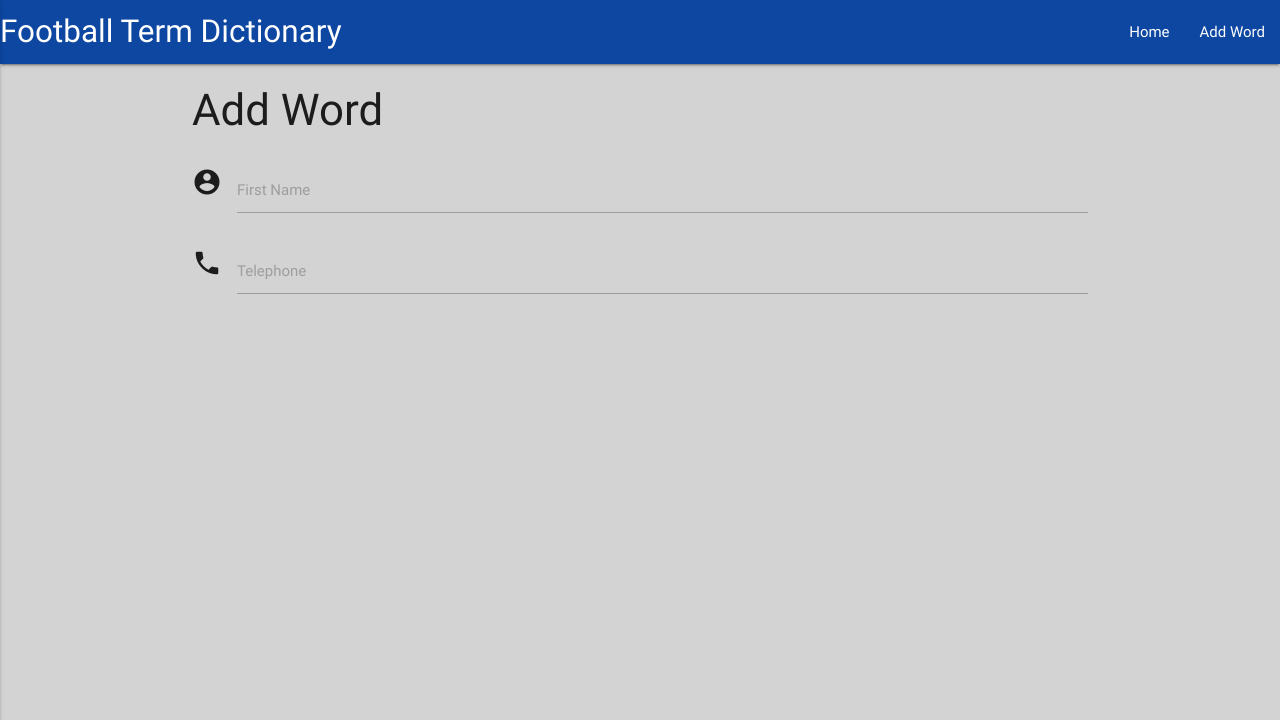
Repository: BLMcDonald/Milestone3
Page: http://localhost/add_word
The author's editor kept a record of every edit. The page is drawn from the files as they stood at one moment, then again after the next edit.
The browser window is 1280 px wide. The pictures show the whole page.
Some web libraries are served in a nearby version. The page is served by the project's application, run on Flask 3 (app.py).

Above is the page before.

### templates/addword.html
{% extends 'base.html'%}
{% block content %}

<h3>Add Word</h3>

<div class="row">
    <form action="" method="POST" class="col s12">
        <div class="row">
            <div class="input-field col s12">
                <i class="material-icons prefix">account_circle</i>
                <input id="icon_prefix" type="text" class="validate">
                <label for="icon_prefix">First Name</label>
            </div>
            <div class="input-field col s12">
                <i class="material-icons prefix">phone</i>
                <input id="icon_telephone" type="tel" class="validate">
                <label for="icon_telephone">Telephone</label>
            </div>
        </div>
    </form>
</div>

{% endblock %}

### templates/base.html
<!DOCTYPE html>
<html lang="en">
<head>
    <link href="https://fonts.googleapis.com/icon?family=Material+Icons" rel="stylesheet">
    <link rel="stylesheet" href="https://cdnjs.cloudflare.com/ajax/libs/materialize/0.100.2/css/materialize.min.css">
    <link rel="stylesheet" href="{{url_for('static', filename='css/style.css')}}" type="text/css"/>
</head>
<body>
    <header>
        <nav>
            <div class="nav-wrapper blue darken-4">
                <a href="{{url_for('get_words')}}" class="brand-logo">Football Term Dictionary</a>
                <a href="#" data-activates="mobile-demo" class="button-collapse"><i class="material-icons">menu</i></a>
                <ul id="nav-mobile" class="right hide-on-med-and-down">
                    <li><a href="{{url_for('get_words')}}">Home</a></li>
                    <li><a href="{{url_for('add_word')}}">Add Word</a></li>
                </ul>
                <ul class="side-nav" id="mobile-demo">
                    li><a href="{{url_for('get_words')}}">Home</a></li>
                    <li><a href="{{url_for('add_word')}}">Add Word</a></li>
                </ul>
            </div>
        </nav>
    </header>
    <div class="container">
        {% block content %}
        {% endblock %}
    </div>

    <script src="https://cdnjs.cloudflare.com/ajax/libs/jquery/3.2.1/jquery.min.js"></script>
    <script src="https://cdnjs.cloudflare.com/ajax/libs/materialize/0.100.2/js/materialize.min.js"></script>
    <script type="text/javascript">

        $(document).ready(function() {
            $('.collapsible').collapsible();
            $(".button-collapse").sideNav();
        })
    </script>
</body>
</html>

### app.py
import os
from flask import Flask, render_template, redirect, request, url_for
from flask_pymongo import PyMongo
from bson.objectid import ObjectId

app = Flask(__name__)

app.config["MONGO_DBNAME"] = 'dictionary'
app.config["MONGO_URI"] = 'mongodb+srv://root:83OH5Pni9RRgTofE@projectscluster-hyee9.mongodb.net/dictionary?retryWrites=true&w=majority'

mongo = PyMongo(app)


@app.route('/')
@app.route('/get_words')
def get_words():
    return render_template("words.html", words=mongo.db.words.find())

@app.route('/add_word')
def add_word():
    return render_template("addword.html")

@app.route('/insert_word', methods=['POST'])
def insert_word():
    words = mongo.db.words
    words.insert_one(request.form.to_dict())
    return redirect(url_for('get_words'))

@app.route('/edit_word/<word_id>')
def edit_word(word_id):
    the_word = mongo.db.words.find_one({"_id": ObjectId(word_id)})
    return render_template("editword.html", word=the_word)

if __name__ == '__main__':
    app.run(host=os.environ.get('IP'),
            port=int(os.environ.get('PORT')),
            debug=True)

### static/css/style.css
.btn_custom {
    height: 24px;
    width: 70px;
    line-height: 24px;
    margin: 5px;
    padding: 0px 8px;
}

.word_header {
    margin-top: 5px;
}

.logo_style {
    margin-left: 5px;
}

body {
    background-color: #D3D3D3;
}

After the next edit:
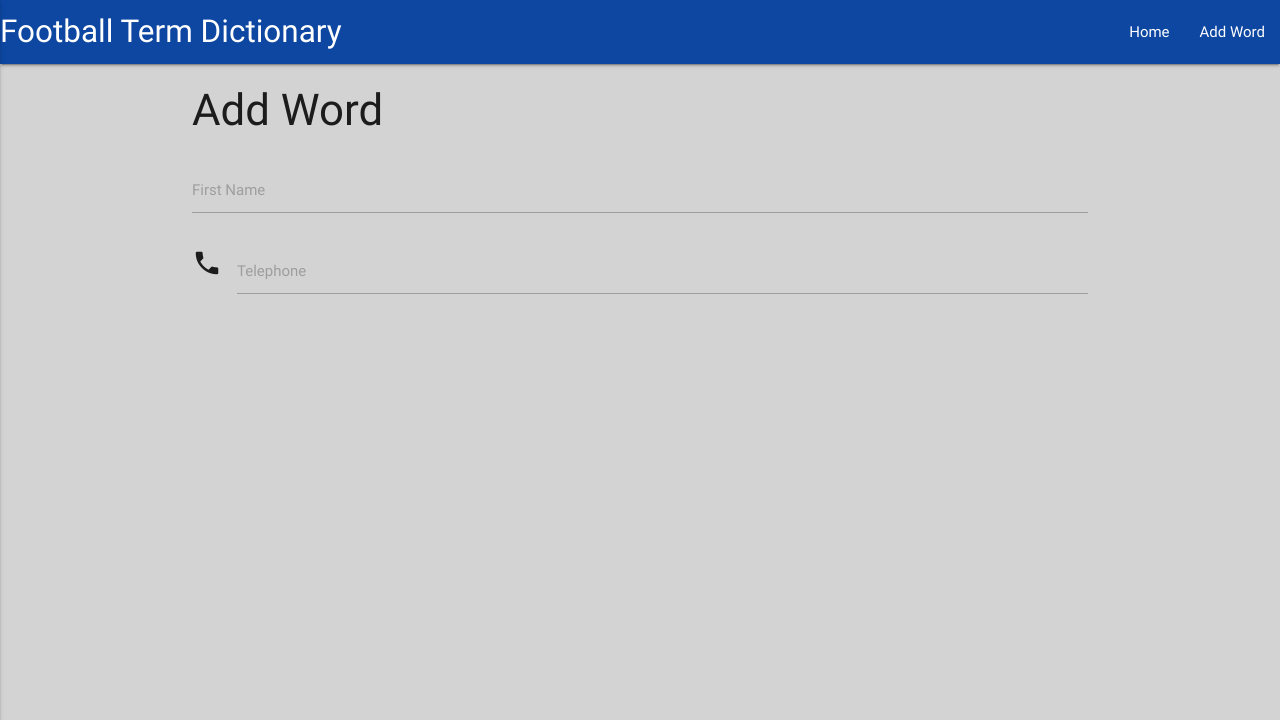
The edit:
--- a/templates/addword.html
+++ b/templates/addword.html
@@ -7,8 +7,7 @@
     <form action="" method="POST" class="col s12">
         <div class="row">
             <div class="input-field col s12">
-                <i class="material-icons prefix">account_circle</i>
-                <input id="icon_prefix" type="text" class="validate">
+                <input id="word_name" name="word_name" type="text" class="validate">
                 <label for="icon_prefix">First Name</label>
             </div>
             <div class="input-field col s12">
